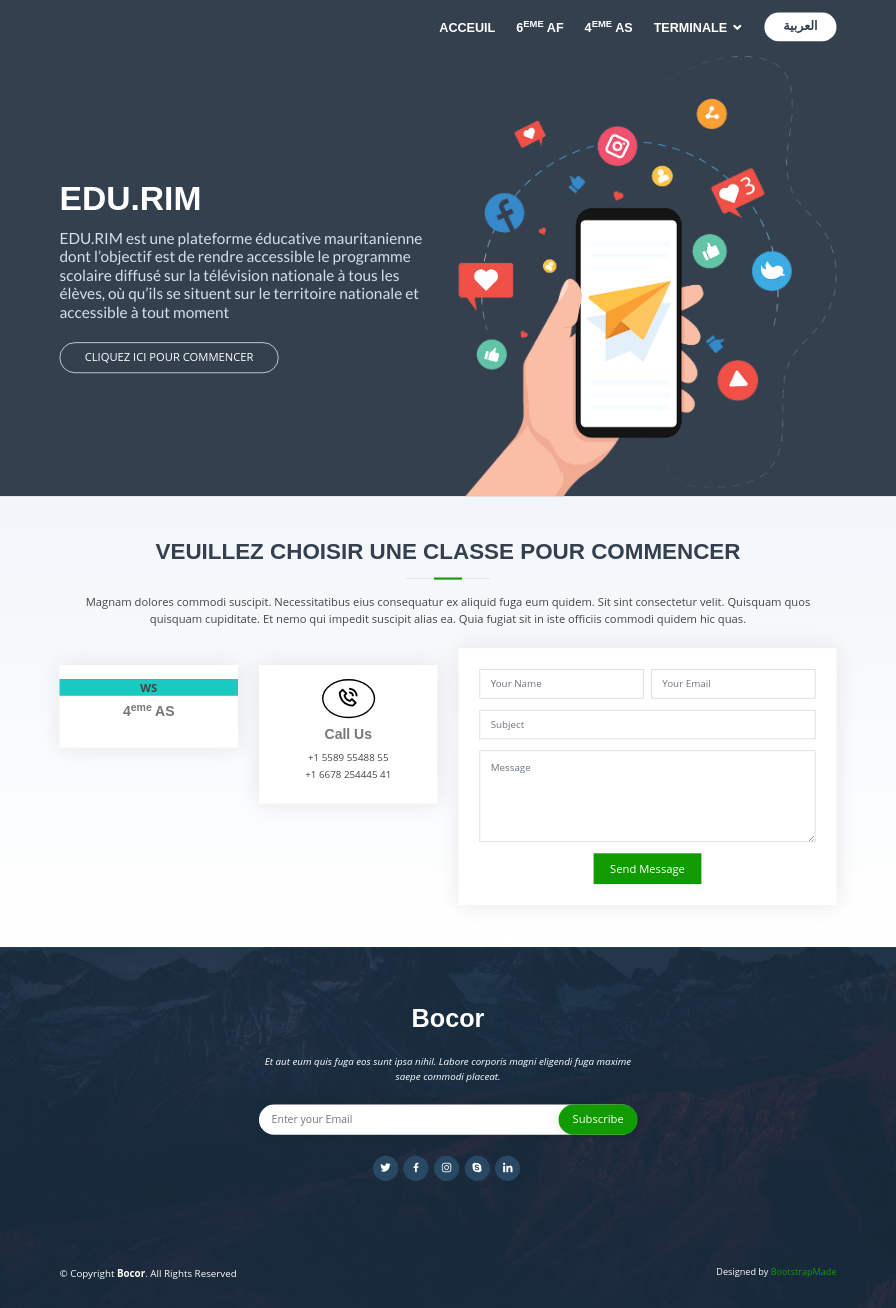
Repository: athiemohamed/courat
Page: http://localhost/
These files come from the project's save history. The page is drawn as it stood at one moment and after a run of saves; the edit follows.
The browser window is 1280 px wide. The pictures show the whole page, at 70% of full size.
Some web fonts or font styles are not loaded; a fallback is used. The page is run by PHP 8.4 with error messages shown; the project is at /var/www/html/. Other server files are loaded and not shown.

Above is the page before, as saved 2020-03-26 13:03:10.

### assets/css/style.css
/*--------------------------------------------------------------
# General
--------------------------------------------------------------*/
body {
  font-family: "Open Sans", sans-serif;
  color: #444444;
}

a {
  color: #129b00;
}

a:hover {
  color: #129b00;
  text-decoration: none;
}

h1, h2, h3, h4, h5, h6 {
  font-family: "Raleway", sans-serif;
}

/*--------------------------------------------------------------
# Back to top button
--------------------------------------------------------------*/
.back-to-top {
  position: fixed;
  display: none;
  width: 40px;
  height: 40px;
  border-radius: 50px;
  right: 15px;
  bottom: 15px;
  background: #129b00;
  color: #fff;
  transition: display 0.5s ease-in-out;
  z-index: 99999;
  transition: all ease-in-out 0.3s;
}

.back-to-top i {
  font-size: 24px;
  position: absolute;
  top: 8px;
  left: 8px;
}

.back-to-top:hover {
  color: #fff;
  background: #129b00;
}

/*--------------------------------------------------------------
# Header
--------------------------------------------------------------*/
#header {
  height: 80px;
  transition: all 0.5s;
  z-index: 997;
  transition: all 0.5s;
  padding: 16px 0;
  background: #35404f;
}

#header .logo h1 {
  font-size: 24px;
  margin: 0;
  padding: 10px 0;
  line-height: 1;
  font-weight: 700;
  letter-spacing: 3px;
  text-transform: uppercase;
  font-family: "Poppins", sans-serif;
}

#header .logo h1 a, #header .logo h1 a:hover {
  color: #fff;
  text-decoration: none;
}

#header .logo h1 a span, #header .logo h1 a:hover span {
  color: #129b00;
}

#header .logo img {
  padding: 0;
  margin: 0;
  max-height: 40px;
}

/*--------------------------------------------------------------
# Navigation Menu
--------------------------------------------------------------*/
/* Desktop Navigation */
.nav-menu, .nav-menu * {
  margin: 0;
  padding: 0;
  list-style: none;
}

.nav-menu > ul > li {
  position: relative;
  white-space: nowrap;
  float: left;
}

.nav-menu ul {
  border-radius: 6px;
}

.nav-menu a {
  display: block;
  position: relative;
  color: #fff;
  font-weight: bold;
  padding: 10px 15px;
  transition: 0.3s;
  font-size: 18px;
  font-family: 'Cairo', sans-serif;
  font-weight: bold;
}

.nav-menu a:hover, .nav-menu .active > a, .nav-menu li:hover > a {
  color: #fff;
  text-decoration: none;
}

.nav-menu .get-started a {
  background: #fff;
  font-size: 18px;
  font-family: 'Cairo', sans-serif;
  color: #35404f;
  border-radius: 50px;
  margin: 2px 0 0 15px;
  padding: 4px 25px 6px 25px;
  border: 2px solid #fff;
}

.nav-menu .get-started a:hover {
  background: #35404f;
  color: #fff;
  border: 1px solid #fff;
}

.nav-menu .drop-down ul {
  display: block;
  position: absolute;
  left: 0;
  top: calc(100% - 30px);
  z-index: 99;
  opacity: 0;
  visibility: hidden;
  padding: 10px 0;
  background: #fff;
  box-shadow: 0px 0px 30px rgba(127, 137, 161, 0.25);
  transition: ease all 0.3s;
}

.nav-menu .drop-down:hover > ul {
  opacity: 1;
  top: 100%;
  visibility: visible;
}

.nav-menu .drop-down li {
  min-width: 180px;
  position: relative;
}

.nav-menu .drop-down ul a {
  padding: 10px 20px;
  font-size: 14px;
  font-weight: 500;
  text-transform: none;
  color: #35404f;
}

.nav-menu .drop-down ul a:hover, .nav-menu .drop-down ul .active > a, .nav-menu .drop-down ul li:hover > a {
  color: #129b00;
}

.nav-menu .drop-down > a:after {
  content: "\ea99";
  font-family: IcoFont;
  padding-left: 5px;
}

.nav-menu .drop-down .drop-down ul {
  top: 0;
  left: calc(100% - 30px);
}

.nav-menu .drop-down .drop-down:hover > ul {
  opacity: 1;
  top: 0;
  left: 100%;
}

.nav-menu .drop-down .drop-down > a {
  padding-right: 35px;
}

.nav-menu .drop-down .drop-down > a:after {
  content: "\eaa0";
  font-family: IcoFont;
  position: absolute;
  right: 15px;
}

@media (max-width: 1366px) {
  .nav-menu .drop-down .drop-down ul {
    left: -90%;
  }
  .nav-menu .drop-down .drop-down:hover > ul {
    left: -100%;
  }
  .nav-menu .drop-down .drop-down > a:after {
    content: "\ea9d";
  }
}

/* Mobile Navigation */
.mobile-nav-toggle {
  position: fixed;
  right: 15px;
  top: 15px;
  z-index: 9998;
  border: 0;
  background: none;
  font-size: 24px;
  transition: all 0.4s;
  outline: none !important;
  line-height: 1;
  cursor: pointer;
  text-align: right;
}

.mobile-nav-toggle i {
  color: #fff;
}

.mobile-nav {
  position: fixed;
  top: 55px;
  right: 15px;
  bottom: 15px;
  left: 15px;
  z-index: 9999;
  overflow-y: auto;
  background: #fff;
  transition: ease-in-out 0.2s;
  opacity: 0;
  visibility: hidden;
  border-radius: 10px;
  padding: 10px 0;
}

.mobile-nav * {
  margin: 0;
  padding: 0;
  list-style: none;
}

.mobile-nav a {
  display: block;
  position: relative;
  color: #35404f;
  text-align: center;
  font-family: 'Cairo', sans-serif;
  font-weight: bold;
  padding: 10px 20px;
  outline: none;
  transition: 0.3s;
}

.mobile-nav a:hover, .mobile-nav .active > a, .mobile-nav li:hover > a {
  color: #129b00;
  text-decoration: none;
}

.mobile-nav .drop-down > a:after {
  content: "\ea99";
  font-family: IcoFont;
  padding-left: 10px;
  position: absolute;
  right: 15px;
}

.mobile-nav .active.drop-down > a:after {
  content: "\eaa1";
}

.mobile-nav .drop-down > a {
  text-align: center;
  font-family: 'Cairo', sans-serif;
  font-weight: bold;
}

.mobile-nav .drop-down ul {
  display: none;
  overflow: hidden;
}

.mobile-nav .drop-down li {
  text-align: center;
  font-family: 'Cairo', sans-serif;
}

.mobile-nav .get-started a {
  background: #35404f;
  color: #fff;
  font-family: 'Cairo', sans-serif;
  border-radius: 50px;
  margin: 15px;
  padding: 8px 25px 10px 25px;
  text-align: center;
}

.mobile-nav .get-started a:hover {
  background: #fff;
  color: #35404f;
  border: 1px solid #35404f;
}

.mobile-nav-overly {
  width: 100%;
  height: 100%;
  z-index: 9997;
  top: 0;
  left: 0;
  position: fixed;
  background: rgba(18, 33, 46, 0.6);
  overflow: hidden;
  display: none;
  transition: ease-in-out 0.2s;
}

.mobile-nav-active {
  overflow: hidden;
}

.mobile-nav-active .mobile-nav {
  opacity: 1;
  visibility: visible;
}

.mobile-nav-active .mobile-nav-toggle i {
  color: #fff;
}

/*--------------------------------------------------------------
# Hero Section
--------------------------------------------------------------*/
#hero {
  width: 100%;
  padding: 0 0 0 0;
  background: #35404f;
  background: linear-gradient(180deg, #35404f 0%, #35404f 35%, #35404f 100%);
}

#hero h1 {
  margin: 0 0 15px 0;
  font-size: 48px;
  font-weight: 700;
  line-height: 56px;
  color: #fff;
  font-family: "Cairo", sans-serif;
}

#hero h2 {
  font-family: 'Lato', sans-serif;
  color: #d2e0ed;
  margin-bottom: 30px;
  font-size: 22px;
}

#hero .btn-get-started {
  color: #fff;
  border-radius: 50px;
  padding: 8px 35px 10px 35px;
  border: 1px solid #fff;
  transition: all ease-in-out 0.3s;
  display: inline-block;
  background: #35404f;
}

#hero .btn-get-started:hover {
  background: #fff;
  color: #35404f;
}

@media (max-width: 991px) {
  #hero .hero-img {
    text-align: center;
  }
  #hero .hero-img img {
    width: 50%;
  }
}

@media (max-width: 768px) {
  #hero {
    -moz-text-align-last: center;
    text-align-last: center;
  }
  #hero h1 {
    font-size: 28px;
    line-height: 36px;
  }
  #hero h2 {
    font-size: 18px;
    line-height: 24px;
    margin-bottom: 30px;
  }
  #hero .hero-img img {
    width: 70%;
  }
}

@media (max-width: 575px) {
  #hero .hero-img img {
    width: 80%;
  }
}

/*--------------------------------------------------------------
# Sections General
--------------------------------------------------------------*/
section {
  padding: 60px 0;
  overflow: hidden;
}

.section-bg {
  background: linear-gradient(180deg, #f2f6fa 0%, #fff 100%);
}

.section-title {
  text-align: center;
  padding-bottom: 30px;
}

.section-title h2 {
  font-size: 32px;
  font-weight: 600;
  text-transform: uppercase;
  margin-bottom: 20px;
  padding-bottom: 20px;
  position: relative;
  font-family: "Poppins", sans-serif;
  color: #35404f;
}

.section-title h2::before {
  content: '';
  position: absolute;
  display: block;
  width: 120px;
  height: 1px;
  background: #ddd;
  bottom: 1px;
  left: calc(50% - 60px);
}

.section-title h2::after {
  content: '';
  position: absolute;
  display: block;
  width: 40px;
  height: 3px;
  background: #129b00;
  bottom: 0;
  left: calc(50% - 20px);
}

.section-title p {
  margin-bottom: 0;
}

/*--------------------------------------------------------------
# Clients
--------------------------------------------------------------*/
.clients {
  padding: 0;
}

.clients .client-logo {
  display: flex;
  justify-content: center;
  align-items: center;
  overflow: hidden;
  height: 120px;
}

.clients .client-logo img {
  height: 40px;
}

.clients .client-logo:hover img {
  transform: scale(1.2);
}

.clients img {
  transition: all 0.4s ease-in-out;
}

/*--------------------------------------------------------------
# About
--------------------------------------------------------------*/
.about .content {
  padding: 30px 0;
}

.about .content h3 {
  font-weight: 700;
  font-size: 34px;
  color: #35404f;
}

.about .content p {
  margin-bottom: 0;
}

.about .content .icon-box {
  margin-top: 25px;
}

.about .content .icon-box h4 {
  font-size: 20px;
  font-weight: 700;
  margin: 5px 0 10px 60px;
  color: #35404f;
}

.about .content .icon-box h4 a {
  color: #35404f;
  transition: 0.3s;
}

.about .content .icon-box h4 a:hover {
  color: #129b00;
}

.about .content .icon-box i {
  font-size: 48px;
  float: left;
  color: #129b00;
}

.about .content .icon-box p {
  font-size: 15px;
  color: #848484;
  margin-left: 60px;
}

.about .image {
  background: url("../img/about.jpg") center center no-repeat;
  background-size: cover;
  min-height: 400px;
}

@media (max-width: 667px) {
  .about .image img {
    max-width: 100%;
  }
}

/*--------------------------------------------------------------
# Services
--------------------------------------------------------------*/
.services {
  padding-bottom: 40px;
}

.services .card {
  border: 0;
  padding: 0 30px;
  margin-bottom: 60px;
  position: relative;
  background: transparent;
}

.services .card-img {
  width: calc(100% + 60px);
  margin-left: -30px;
  overflow: hidden;
  z-index: 9;
  border-radius: 0;
}

.services .card-img img {
  max-width: 100%;
  transition: all 0.3s ease-in-out;
}

.services .card-body {
  z-index: 10;
  background: #fff;
  border-top: 4px solid #fff;
  padding: 30px;
  box-shadow: 0px 2px 15px rgba(0, 0, 0, 0.1);
  margin-top: -60px;
  transition: 0.3s;
}

.services .card-title {
  font-weight: 700;
  text-align: center;
  margin-bottom: 20px;
}

.services .card-title a {
  color: #35404f;
  transition: 0.3s;
}

.services .card-text {
  color: #5e5e5e;
}

.services .read-more a {
  color: #777777;
  text-transform: uppercase;
  font-weight: 600;
  font-size: 12px;
  transition: 0.3s;
}

.services .read-more a:hover {
  color: #129b00;
}

.services .card:hover img {
  transform: scale(1.1);
}

.services .card:hover .card-body {
  border-color: #129b00;
}

.services .card:hover .card-body .card-title a {
  color: #129b00;
}

/*--------------------------------------------------------------
# Features
--------------------------------------------------------------*/
.features .content + .content {
  margin-top: 100px;
}

.features .content h3 {
  font-weight: 700;
  font-size: 26px;
  color: #35404f;
}

.features .content ul {
  list-style: none;
  padding: 0;
}

.features .content ul li {
  padding-bottom: 10px;
}

.features .content ul i {
  font-size: 20px;
  padding-right: 4px;
  color: #129b00;
}

.features .content p:last-child {
  margin-bottom: 0;
}

/*--------------------------------------------------------------
# Portfolio
--------------------------------------------------------------*/
.portfolio .portfolio-item {
  margin-bottom: 30px;
}

.portfolio #portfolio-flters {
  padding: 0;
  margin: 0 0 35px 0;
  list-style: none;
  text-align: center;
}

.portfolio #portfolio-flters li {
  cursor: pointer;
  margin: 0 5px 5px 0;
  display: inline-block;
  padding: 10px 15px;
  font-size: 16px;
  font-weight: 600;
  line-height: 20px;
  color: #444444;
  margin-bottom: 5px;
  transition: all 0.3s ease-in-out;
}

.portfolio #portfolio-flters li:hover, .portfolio #portfolio-flters li.filter-active {
  color: #129b00;
}

.portfolio #portfolio-flters li:last-child {
  margin-right: 0;
}

.portfolio .portfolio-wrap {
  transition: 0.3s;
  position: relative;
  overflow: hidden;
  border-radius: 8px;
  z-index: 1;
}

.portfolio .portfolio-wrap::before {
  content: "";
  background: rgba(33, 59, 82, 0.6);
  position: absolute;
  left: 100%;
  right: 0;
  top: 0;
  bottom: 0;
  transition: all ease-in-out 0.3s;
  z-index: 2;
}

.portfolio .portfolio-wrap img {
  transition: 0.3s;
}

.portfolio .portfolio-wrap .portfolio-links {
  opacity: 0;
  left: 0;
  right: 0;
  top: calc(50% - 36px);
  text-align: center;
  z-index: 3;
  position: absolute;
  transition: all ease-in-out 0.3s;
}

.portfolio .portfolio-wrap .portfolio-links a {
  color: #129b00;
  font-size: 24px;
  line-height: 1;
  text-align: center;
  width: 36px;
  height: 36px;
  display: inline-block;
  transition: 0.3s;
}

.portfolio .portfolio-wrap .portfolio-links a:hover {
  color: #fff;
}

.portfolio .portfolio-wrap .portfolio-info {
  opacity: 0;
  position: absolute;
  bottom: -20px;
  left: 0;
  right: 0;
  text-align: center;
  z-index: 3;
  transition: all ease-in-out 0.3s;
}

.portfolio .portfolio-wrap .portfolio-info h4 {
  font-size: 20px;
  color: #fff;
  font-weight: 600;
}

.portfolio .portfolio-wrap .portfolio-info p {
  color: #ffffff;
  font-size: 14px;
  text-transform: uppercase;
}

.portfolio .portfolio-wrap:hover::before {
  left: 0;
}

.portfolio .portfolio-wrap:hover .portfolio-links {
  opacity: 1;
  top: calc(50% - 18px);
}

.portfolio .portfolio-wrap:hover .portfolio-info {
  opacity: 1;
  bottom: 0;
}

/*--------------------------------------------------------------
# Team
--------------------------------------------------------------*/
.team .member {
  text-align: center;
  margin-bottom: 20px;
}

.team .member .pic {
  margin-bottom: 15px;
  overflow: hidden;
  min-height: 260px;
}

.team .member .pic img {
  max-width: 100%;
}

.team .member h4 {
  font-weight: 700;
  margin-bottom: 2px;
  font-size: 18px;
  color: #35404f;
}

.team .member span {
  font-style: italic;
  display: block;
  font-size: 13px;
}

.team .member .social {
  margin-top: 15px;
}

.team .member .social a {
  color: #5289ba;
  transition: 0.3s;
}

.team .member .social a:hover {
  color: #129b00;
}

.team .member .social i {
  font-size: 18px;
  margin: 0 2px;
}

/*--------------------------------------------------------------
# Pricing
--------------------------------------------------------------*/
.pricing .row {
  padding-top: 40px;
}

.pricing .box {
  padding: 40px;
  margin-bottom: 30px;
  box-shadow: 0px 0px 30px rgba(73, 78, 92, 0.15);
  background: #fff;
  text-align: center;
  position: relative;
}

.pricing .featured-badge {
  display: inline-block;
  position: absolute;
  top: -11px;
  left: calc(50% - 49px);
  background: #129b00;
  color: #fff;
  text-align: center;
  line-height: 1;
  border-radius: 50px;
  padding: 4px 20px 5px 20px;
  font-size: 12px;
  text-transform: uppercase;
}

.pricing h3 {
  font-weight: 300;
  margin-bottom: 15px;
  font-size: 28px;
}

.pricing h4 {
  font-size: 46px;
  color: #129b00;
  font-weight: 400;
  font-family: "Open Sans", sans-serif;
  margin-bottom: 25px;
}

.pricing h4 span {
  color: #bababa;
  font-size: 18px;
  display: block;
}

.pricing ul {
  padding: 0;
  list-style: none;
  color: #999;
  text-align: left;
  line-height: 20px;
}

.pricing ul li {
  padding-bottom: 12px;
}

.pricing ul i {
  color: #129b00;
  font-size: 18px;
  padding-right: 4px;
}

.pricing ul .na {
  color: #ccc;
}

.pricing ul .na i {
  color: #ccc;
}

.pricing ul .na span {
  text-decoration: line-through;
}

.pricing .get-started-btn {
  background: #35404f;
  display: inline-block;
  padding: 6px 30px;
  border-radius: 20px;
  color: #fff;
  transition: none;
  font-size: 14px;
  font-weight: 400;
  font-family: "Raleway", sans-serif;
  transition: 0.3s;
}

.pricing .get-started-btn:hover {
  background: #129b00;
}

.pricing .featured {
  z-index: 10;
  margin: -30px -5px 0 -5px;
  border: 1px solid #129b00;
}

.pricing .featured .get-started-btn {
  background: #129b00;
}

.pricing .featured .get-started-btn:hover {
  background: #fdcd5c;
}

@media (max-width: 992px) {
  .pricing .box {
    max-width: 60%;
    margin: 0 auto 30px auto;
  }
}

@media (max-width: 767px) {
  .pricing .box {
    max-width: 80%;
    margin: 0 auto 30px auto;
  }
}

@media (max-width: 420px) {
  .pricing .box {
    max-width: 100%;
    margin: 0 auto 30px auto;
  }
}

/*--------------------------------------------------------------
# Frequently Asked Questions
--------------------------------------------------------------*/
.faq .faq-item {
  margin: 20px 0;
  padding: 20px 0;
  border-bottom: 1px solid #dde8f1;
}

.faq .faq-item i {
  color: #9bbbd7;
  font-size: 20px;
  float: left;
  line-height: 0;
  padding: 13px 0 0 0;
  margin: 0;
}

.faq .faq-item h4 {
  font-size: 16px;
  line-height: 26px;
  font-weight: 500;
  margin: 0 0 10px 28px;
  font-family: "Poppins", sans-serif;
}

.faq .faq-item p {
  font-size: 15px;
}

/*--------------------------------------------------------------
# Contact
--------------------------------------------------------------*/
.contact .info-box {
  color: #444444;
  text-align: center;
  box-shadow: 0 0 30px rgba(214, 215, 216, 0.6);
  padding: 20px 0 30px 0;
  background: #fff;
}

.contact .info-box i {
    border-radius: 50%;
    behavior: url(PIE.htc); /* remove if you don't care about IE8 */
    width: 76px;
    height: 56px;
    padding: 8px;
    background: #fff;
    border: 2px solid black;
    color: black;
    text-align: center;
    font: 32px Arial, sans-serif;
    display: inline-block;
}

.contact .info-box h3 {
  font-size: 20px;
  color: #777777;
  font-weight: 700;
  margin: 10px 0;
}

.contact .info-box p {
  padding: 0;
  line-height: 24px;
  font-size: 14px;
  margin-bottom: 0;
}

.contact .php-email-form {
  box-shadow: 0 0 30px rgba(214, 215, 216, 0.6);
  padding: 30px;
  background: #fff;
}

.contact .php-email-form .validate {
  display: none;
  color: red;
  margin: 0 0 15px 0;
  font-weight: 400;
  font-size: 13px;
}

.contact .php-email-form .error-message {
  display: none;
  color: #fff;
  background: #ed3c0d;
  text-align: center;
  padding: 15px;
  font-weight: 600;
}

.contact .php-email-form .sent-message {
  display: none;
  color: #fff;
  background: #18d26e;
  text-align: center;
  padding: 15px;
  font-weight: 600;
}

.contact .php-email-form .loading {
  display: none;
  background: #fff;
  text-align: center;
  padding: 15px;
}

.contact .php-email-form .loading:before {
  content: "";
  display: inline-block;
  border-radius: 50%;
  width: 24px;
  height: 24px;
  margin: 0 10px -6px 0;
  border: 3px solid #18d26e;
  border-top-color: #eee;
  -webkit-animation: animate-loading 1s linear infinite;
  animation: animate-loading 1s linear infinite;
}

.contact .php-email-form input, .contact .php-email-form textarea {
  border-radius: 0;
  box-shadow: none;
  font-size: 14px;
}

.contact .php-email-form input::focus, .contact .php-email-form textarea::focus {
  background-color: #129b00;
}

.contact .php-email-form input {
  padding: 20px 15px;
}

.contact .php-email-form textarea {
  padding: 12px 15px;
}

.contact .php-email-form button[type="submit"] {
  background: #129b00;
  border: 0;
  padding: 10px 24px;
  color: #fff;
  transition: 0.4s;
}

.contact .php-email-form button[type="submit"]:hover {
  background: #fdd067;
}

@-webkit-keyframes animate-loading {
  0% {
    transform: rotate(0deg);
  }
  100% {
    transform: rotate(360deg);
  }
}

@keyframes animate-loading {
  0% {
    transform: rotate(0deg);
  }
  100% {
    transform: rotate(360deg);
  }
}

/*--------------------------------------------------------------
# Footer
--------------------------------------------------------------*/
#footer {
  background: url("../img/footer-bg.jpg") center center no-repeat;
  color: #fff;
  font-size: 14px;
  position: relative;
}

#footer::before {
  content: "";
  position: absolute;
  left: 0;
  right: 0;
  top: 0;
  bottom: 0;
  background: rgba(26, 46, 64, 0.85);
  z-index: 1;
}

#footer .footer-top {
  position: relative;
  z-index: 2;
  text-align: center;
  padding: 80px 0;
}

#footer .footer-top h3 {
  font-size: 36px;
  font-weight: 700;
  color: #fff;
  position: relative;
  font-family: "Poppins", sans-serif;
  padding-bottom: 0;
  margin-bottom: 0;
}

#footer .footer-top p {
  font-size: 15;
  font-style: italic;
  margin: 30px 0 0 0;
  padding: 0;
}

#footer .footer-top .footer-newsletter {
  text-align: center;
  font-size: 15px;
  margin-top: 30px;
}

#footer .footer-top .footer-newsletter form {
  background: #fff;
  padding: 6px 10px;
  position: relative;
  border-radius: 50px;
  box-shadow: 0px 2px 15px rgba(0, 0, 0, 0.1);
  text-align: left;
}

#footer .footer-top .footer-newsletter form input[type="email"] {
  border: 0;
  padding: 4px 8px;
  width: calc(100% - 100px);
}

#footer .footer-top .footer-newsletter form input[type="submit"] {
  position: absolute;
  top: 0;
  right: -1px;
  bottom: 0;
  border: 0;
  background: none;
  font-size: 16px;
  padding: 0 20px;
  background: #129b00;
  color: #fff;
  transition: 0.3s;
  border-radius: 50px;
  box-shadow: 0px 2px 15px rgba(0, 0, 0, 0.1);
}

#footer .footer-top .footer-newsletter form input[type="submit"]:hover {
  background: #fcb102;
}

#footer .footer-top .social-links {
  margin-top: 30px;
}

#footer .footer-top .social-links a {
  font-size: 18px;
  display: inline-block;
  background: #284864;
  color: #fff;
  line-height: 1;
  padding: 8px 0;
  margin-right: 4px;
  border-radius: 50%;
  text-align: center;
  width: 36px;
  height: 36px;
  transition: 0.3s;
}

#footer .footer-top .social-links a:hover {
  background: #fcb102;
  color: #fff;
  text-decoration: none;
}

#footer .footer-bottom {
  border-top: 1px solid #1a2e40;
  z-index: 2;
  position: relative;
  padding-top: 40px;
  padding-bottom: 40px;
}

#footer .copyright {
  text-align: center;
  float: left;
}

#footer .credits {
  float: right;
  text-align: center;
  font-size: 13px;
}

@media (max-width: 768px) {
  #footer .copyright, #footer .credits {
    padding: 5px;
    float: none;
    text-align: ceneter;
  }
}









/* CUSTOM */
.rounded-number {
  border-radius: 50%;
  behavior: url(PIE.htc); /* remove if you don't care about IE8 */
  width: 36px;
  height: 36px;
  padding: 8px;
  background: #fff;
  border: 2px solid black;
  color: black;
  text-align: center;
  font: 32px Arial, sans-serif;
  display: inline-block;
}

Loaded but not shown: assets/js/main.js (117 lines, source omitted); index.php (272 lines, source omitted)

After the next 2 saves:
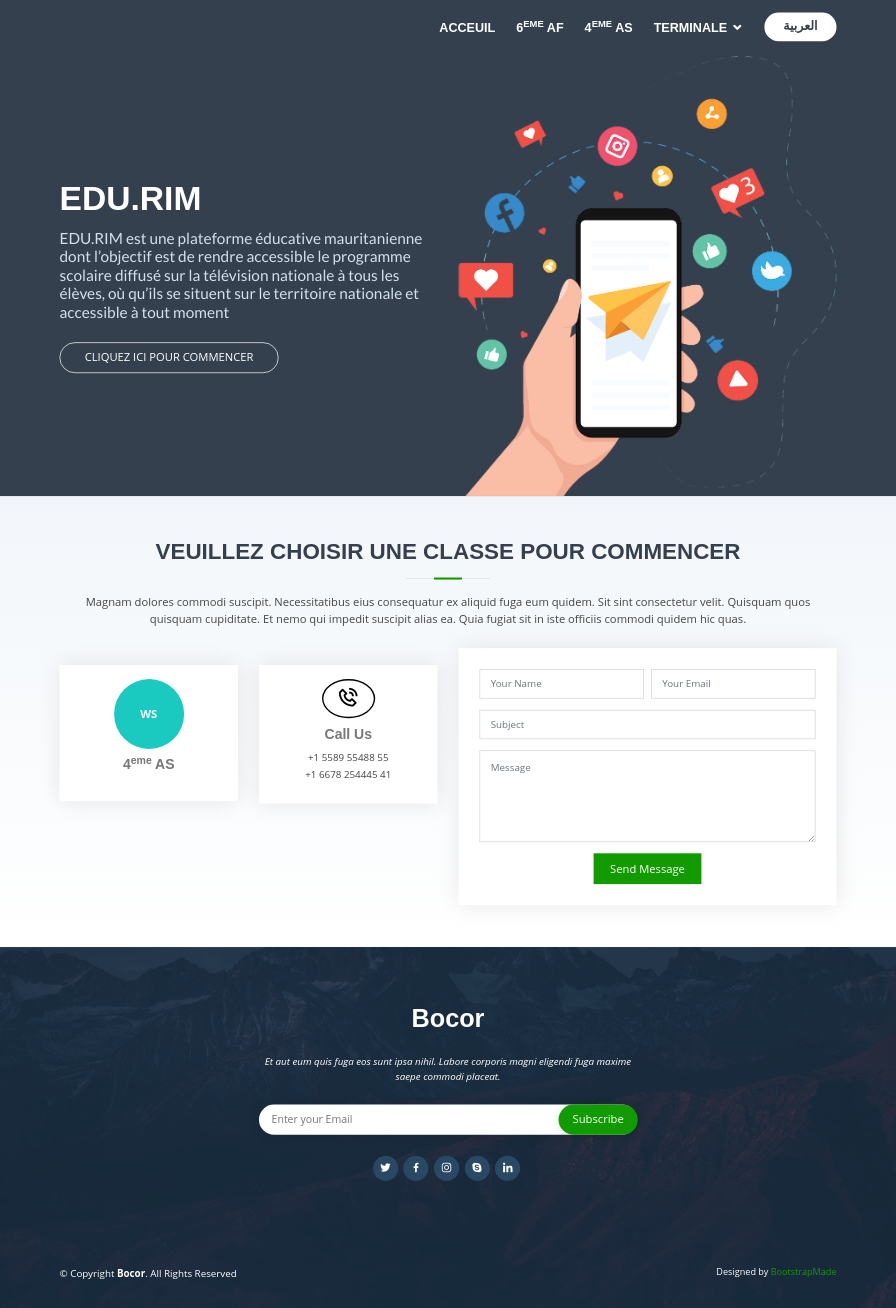
The 2 saves are shown as one change because they came seconds apart.
The last was saved 23 s later.
--- a/assets/css/style.css
+++ b/assets/css/style.css
@@ -1032,6 +1032,18 @@ section {
     display: inline-block;
 }
 
+.contact .circle-badge {
+  height: 100px;
+  width: 100px;
+  line-height:100px;
+  text-align: center;
+  border-radius: 50px;
+  background: #1ACAC0;
+  color:white;
+  margin-left:auto;
+  margin-right:auto;
+}
+
 .contact .info-box h3 {
   font-size: 20px;
   color: #777777;
